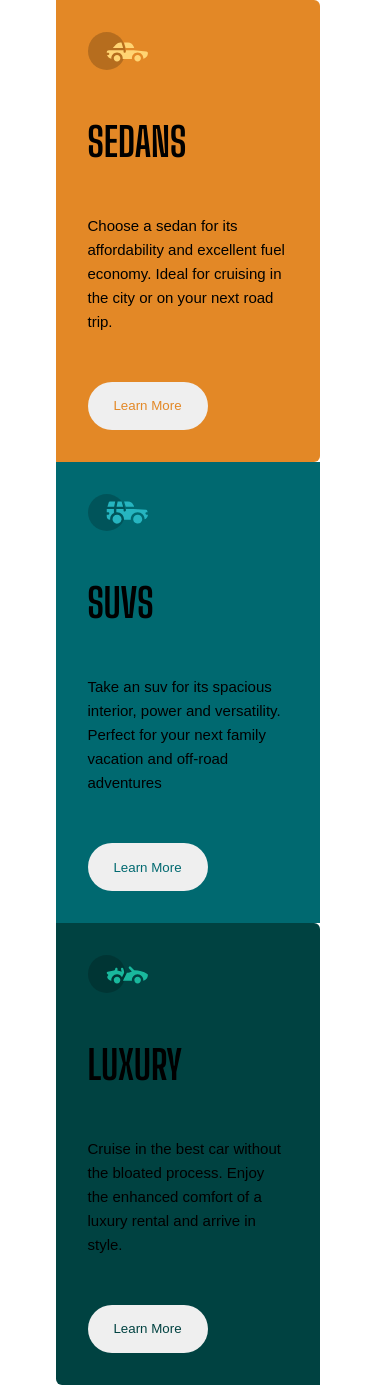
Repository: UnegbuAbigail/3-columns-cards
Page: index.html
These files come from the project's save history. The page is drawn as it stood at one moment and after a run of saves; the edit follows.
The browser window is 375 px wide. The pictures show the whole page.

Above is the page before, as saved 2024-08-03 15:44:42.

After the next 2 saves:
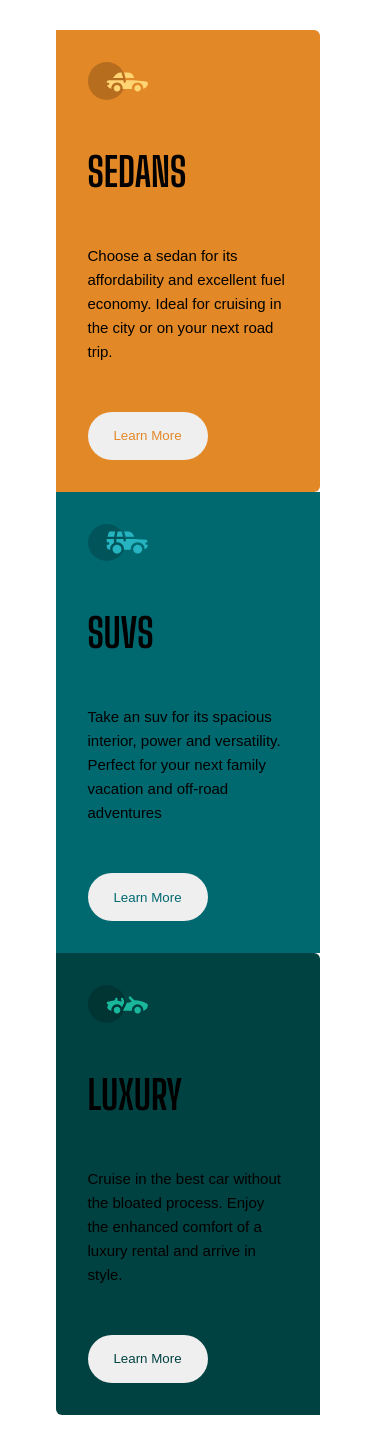
The 2 saves are shown as one change because they came seconds apart.
The last was saved 7 s later.
--- a/style.css
+++ b/style.css
@@ -118,6 +118,6 @@ button{
         min-width: 50%;
     }
     main{
-        margin: ;
+        margin: 30px 0;
     }
 }
